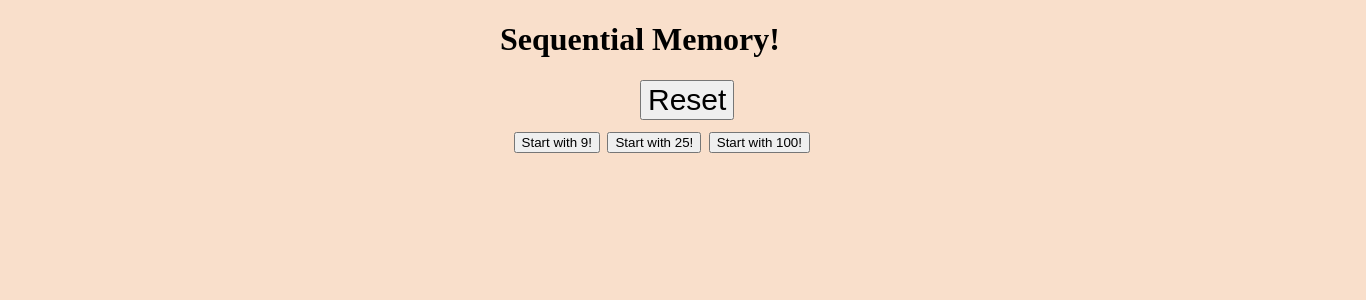
Repository: HyveMynd/htdocs
Page: PS1/SequentialMemory.html
These files come from the project's save history. The page is drawn as it stood at one moment and after the next save; the edit follows.
The browser window is 1280 px wide. The page is 1366 px wide, then 1280 px, then 1366 px, so the pictures cover 1366 px, including what lies to the right of the window. The pictures show the whole page.
Some web libraries are served in a nearby version.

Above is the page before, as saved 2013-01-22 04:31:14.

### PS1/SequentialMemory.html
<!DOCTYPE html PUBLIC "-//W3C//DTD HTML 4.01 Transitional//EN" "http://www.w3.org/TR/html4/loose.dtd">
<html>
<head>
<meta http-equiv="Content-Type" content="text/html; charset=UTF-8">
<link rel="stylesheet" href="MemoryStyle.css" type="text/css" />
<script type="text/javascript" src="https://ajax.googleapis.com/ajax/libs/jquery/1.7.1/jquery.min.js"></script>
<script src="memory.js" type="text/javascript" ></script>
<title>Number Memory</title>
</head>
<body>
<h1>Sequential Memory!</h1>
<input id=reset type=button onclick=window.location.reload() value=Reset visible=hidden />
<div class=gameboard ></div>
<div class=select>
	<button id=num3 onclick="displayBoard(3)">Start with 9!</button>
	<button id=num5 onclick="displayBoard(5)">Start with 25!</button>
	<button id=num10 onclick="displayBoard(10)">Start with 100!</button>
</div>
</body>
</html>

### PS1/MemoryStyle.css
@CHARSET "UTF-8";
body { background-color:#f9dfcb; }
h1 { text-align:center; color:black }
table {
	text-align:center;
	color:black;
	border: 5px solid black;
	border-collapse:collapse;
	margin:auto;
	font-size:50px;
}
tr { border: 5px solid black; height: 100px; width: 100px; }
td { border: 5px solid black; height: 100px; width: 100px; }
p {text-align:center; font-size:30px}
.gameboard input {
	height:90px;
	width:90px;
	background-color:#faaaab;
	font-size:30px;
	color:#faaaab;
}
.select {
	font-size:30px;
	margin-left:40%;
	margin-right:auto;
}


#reset {
	font-size:30px;
	margin-left:50%;
	margin-right:50%;
}

### PS1/memory.js
var current = 0;
var numbers = new Array();
var rowsColumns;

function displayNumber(button){
	//show number in black
	$(button).css({color:"#000000"});
	var selected = $(button).val();
	//if the number is sequential, do not fade
	if (selected == current+1){
		current++;
	}
	//else reset the numbers to be invisible
	else{
		window.setTimeout(function () {showbutton();}, 500);
		current=0;
	}
	//check for game completion
	if(current == rowsColumns*rowsColumns){
		gameComplete();
	}
}

function showbutton(){
	//reset all the numbers back to blank
	$(".gameboard input").css({color:"#faaaab"});
}

function mouseDown(e){
	displayNumber();
}

function displayBoard(num){
	rowsColumns = num;
	for (var i = 0; i < num*num; i++){
		numbers[i] = i+1;
	}

	//add the buttons to the gameboard
	var board = "<table>";
	for (var r = 0; r < num; r++){
		var row = "<tr>";
		for (var c = 0; c < num; c++){
			var key = Math.floor(Math.random() * numbers.length-1);
			var number = numbers.splice(key, 1);
			//randomly select array numbers
			row += "<td><input type=button value="+number+" /></td>";
		}
		row += "</tr>";
		board += row;
	}
	board += "</table>";
	$(".gameboard").append(board);
	//hide buttons
	$("#"+num).hide();
	$("#Reset").hide();

	//tie gameboard buttons
	$(".gameboard input").click(function () { play(this); });
}

function play(button){
	//get the row and column of the button
	var td = $(button).parent();
	var col = td.parent().children().index(td);
	var row = td.parent().parent().children().index(td.parent());

	//toggle the number to display
	toggle(row, col);
}

function toggle (r,c){
	var button = $(".gameboard input").get(r*rowsColumns+c);
	displayNumber(button);
}

function gameComplete(){
	window.alert("Congratulations! You have won!");
	$("#Reset").show();
}

After the next save:
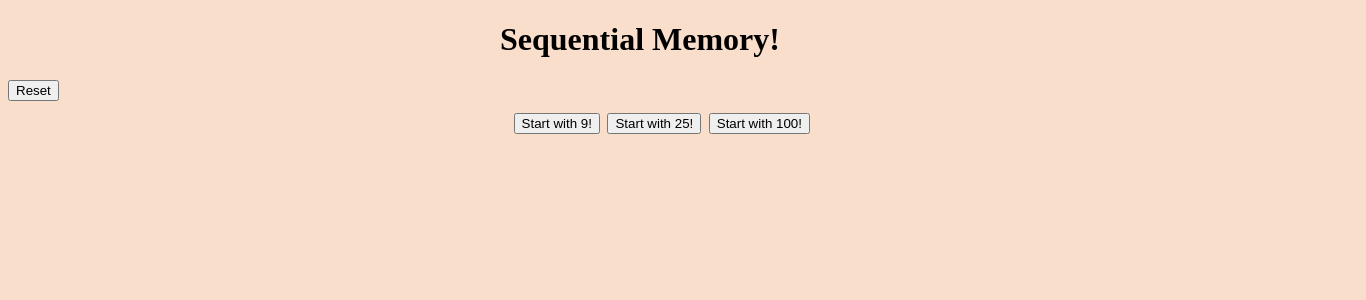
Saved 3 min 11 s later.
--- a/PS1/SequentialMemory.html
+++ b/PS1/SequentialMemory.html
@@ -9,7 +9,7 @@
 </head>
 <body>
 <h1>Sequential Memory!</h1>
-<input id=reset type=button onclick=window.location.reload() value=Reset visible=hidden />
+<input id=Reset type=button onclick=window.location.reload() value=Reset visible=hidden />
 <div class=gameboard ></div>
 <div class=select>
 	<button id=num3 onclick="displayBoard(3)">Start with 9!</button>

After the save that followed:
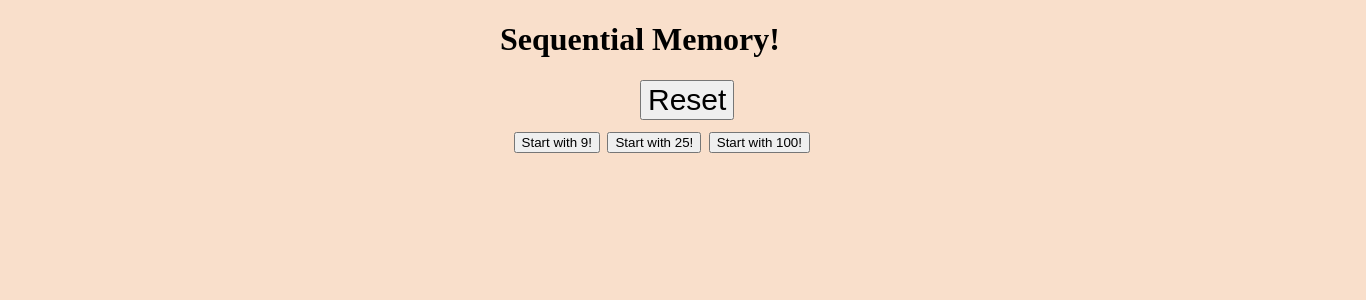
Saved 21 s later.
--- a/PS1/MemoryStyle.css
+++ b/PS1/MemoryStyle.css
@@ -26,7 +26,7 @@ p {text-align:center; font-size:30px}
 }
 
 
-#reset {
+#Reset {
 	font-size:30px;
 	margin-left:50%;
 	margin-right:50%;
